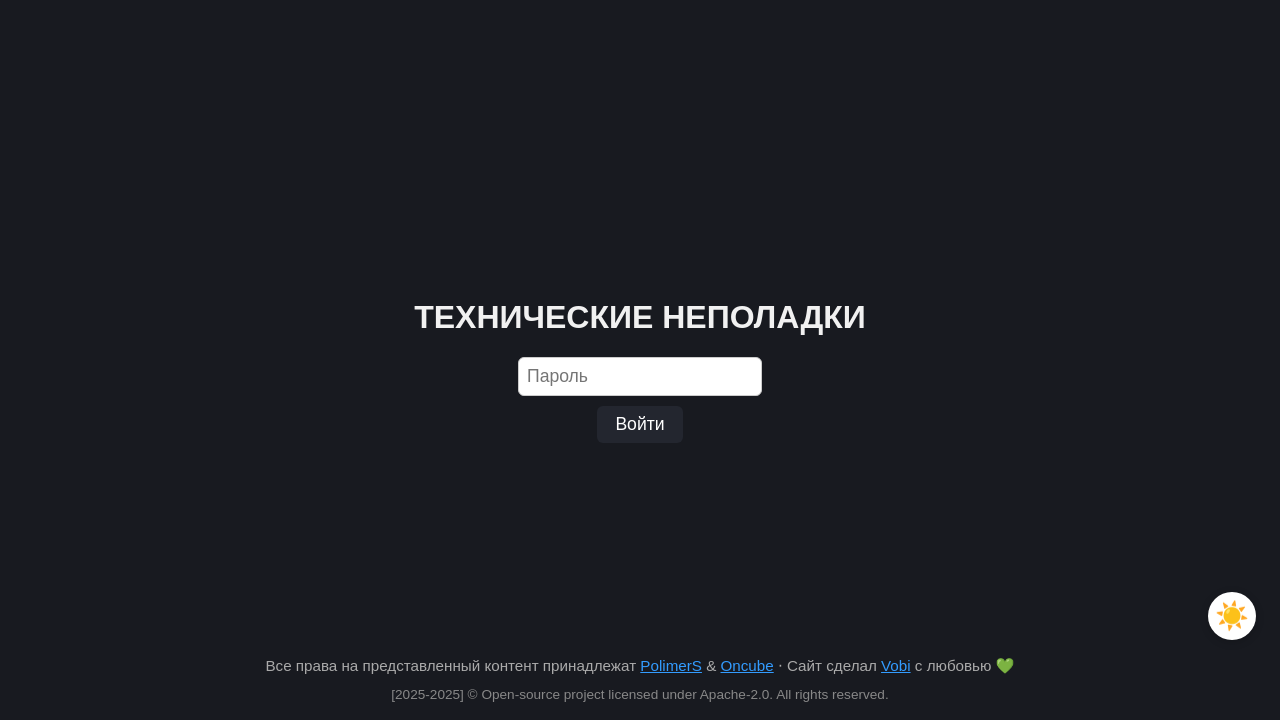
Repository: oncube-dev/OnCube-dev_website
Page: files_for_hosting/html_plus_js.version/index.html
The author's editor kept a copy of each file at every save. The page is drawn from the files as they stood at one save, then again after the next save.
The browser window is 1280 px wide. The pictures show the whole page.
The page's requests for data from a server got no answer.

Above is the page before, as saved 2025-07-28 14:44:54.

After the next save:
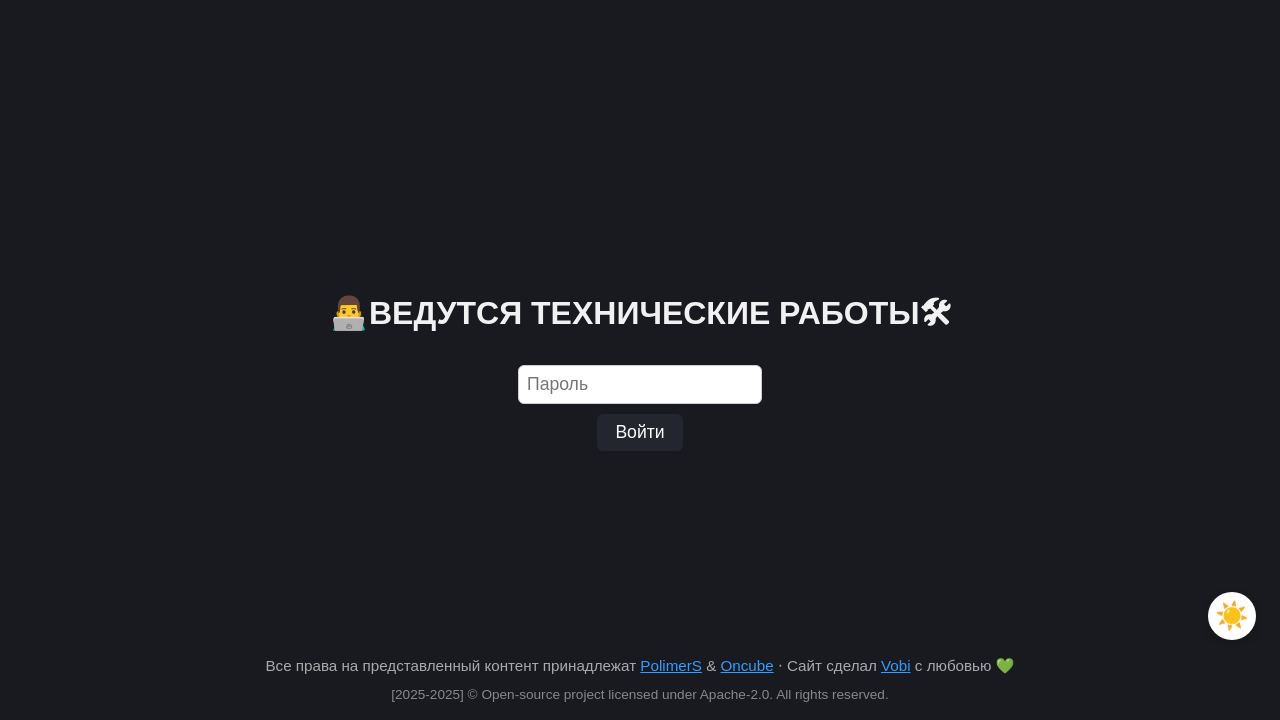
Saved 41 min 49 s later.
--- a/files_for_hosting/html_plus_js.version/index.html
+++ b/files_for_hosting/html_plus_js.version/index.html
@@ -46,7 +46,7 @@
 </head>
 <body>
     <div id="auth-container" style="display:flex; flex-direction:column; align-items:center; justify-content:center; min-height:100vh; position:relative;">
-        <h1>ТЕХНИЧЕСКИЕ НЕПОЛАДКИ</h1>
+        <h1>👨‍💻ВЕДУТСЯ ТЕХНИЧЕСКИЕ РАБОТЫ🛠</h1>
         <input type="password" id="password-input" placeholder="Пароль" style="padding:8px; font-size:1.1em; margin-bottom:10px; border-radius:6px; border:1px solid #ccc;">
         <button id="login-btn" style="padding:8px 18px; font-size:1.1em; border-radius:6px; border:none; background:#23262f; color:#fff; cursor:pointer;">Войти</button>
         <div id="auth-error" style="color:#d32f2f; margin-top:10px; display:none;">Неверный пароль!</div>
